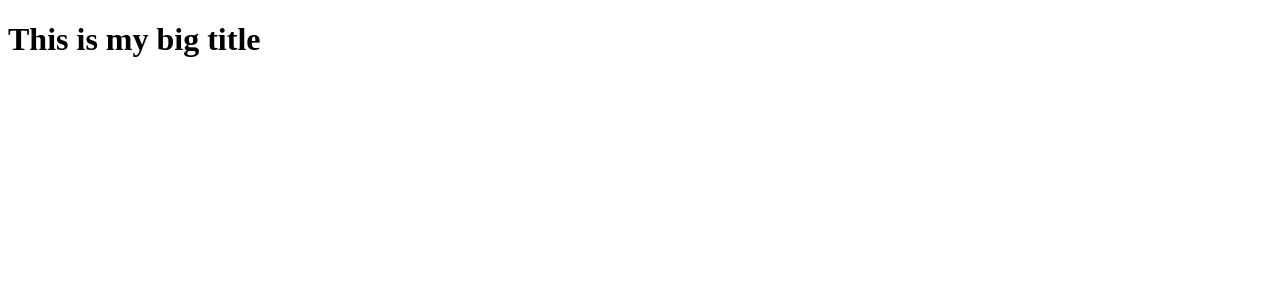
Repository: wonjunknag/kakao-clone
Page: index.html
These files come from the project's save history. The page is drawn as it stood at one moment and after the next save; the edit follows.
The browser window is 1280 px wide. The pictures show the whole page.

Above is the page before, as saved 2020-06-30 20:43:24.

After the next save:
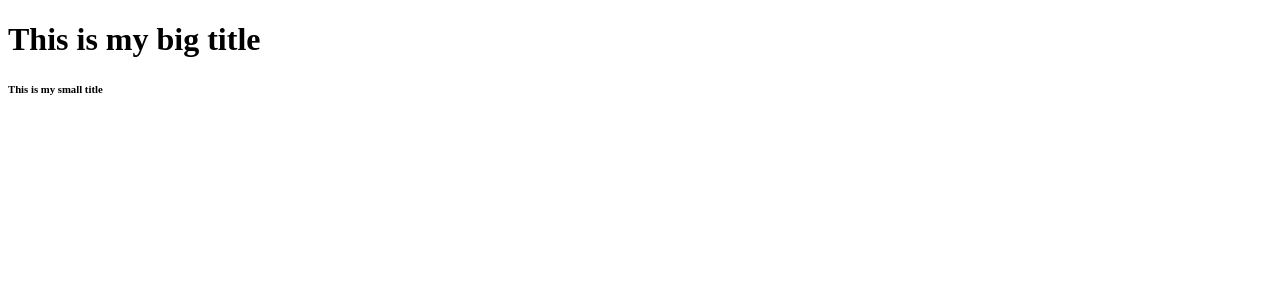
Saved 18 s later.
--- a/index.html
+++ b/index.html
@@ -5,5 +5,6 @@
   </head>
   <body>
     <h1>This is my big title</h1>
+    <h6>This is my small title</h6>
   </body>
 </html>
